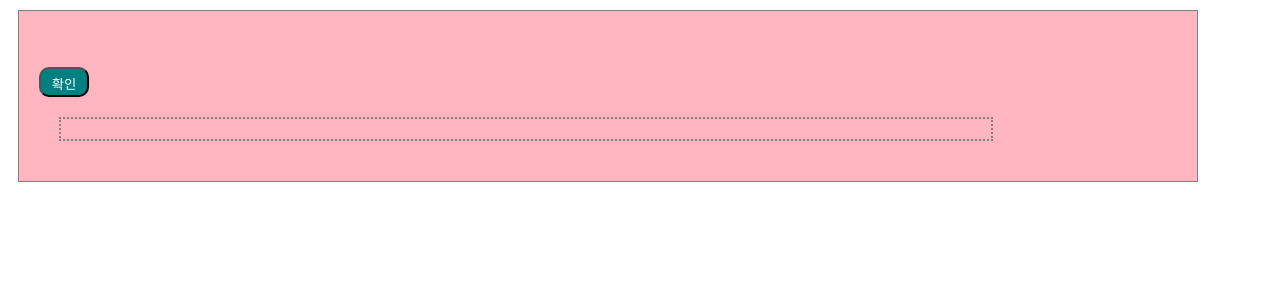
Repository: jeje0130/html
Page: webpro/WebContent/0114/input함수.html
The author's editor kept a copy of each file at every save. The page is drawn from the files as they stood at one save, then again after the next save.
The browser window is 1280 px wide. The pictures show the whole page.

Above is the page before, as saved 2021-01-14 02:36:21.

### webpro/WebContent/0114/input함수.html
<!DOCTYPE html>
<html>
<head>
<meta charset="UTF-8">
<title>Insert title here</title>
<link rel = "stylesheet" href = "../css/public.css">
<script>
</script>
<style>
</style>
</head>
<body>

<div class="box">

 <br><br>

<input type="button" value="확인" onclick="proc1()">

<div id="result1"></div>
</div>
</body>
</html>

### webpro/WebContent/css/public.css
@charset "utf-8";

pre {
	background-color : #FFE3EE;
	font-size : 1.2em;
	white-space: pre-wrap; /* 우측 여백 고정, 넘치는 글자 줄바꿈 */

	/*
	pre : 공백은 그대로, 줄바꿈 X
	pre-wrap : 공백은 그대로, 줄바꿈 O
	pre-line : 공백을 여러개줘도 하나만 표시, 줄바꿈 O
	nowrap : 공백을 여러개줘도 하나만 표시, 줄바꿈 X
	 */
}

div.box{
	width : 90%;
	height: auto;
	margin: 10px;
	padding: 20px;
	border: 1px solid gray;
	background: #FFB6C1;
}

.box input[type = button]{
	width: 50px;
	height: 30px;
	background: #008080;
	color : white;
	padding: 5px 10px;
	border-radius : 10px;
}

.box div{
	width : 80%;
	height: auto;
	padding: 10px;
	border: 2px dotted gray;
	margin: 20px;
}

After the next save:
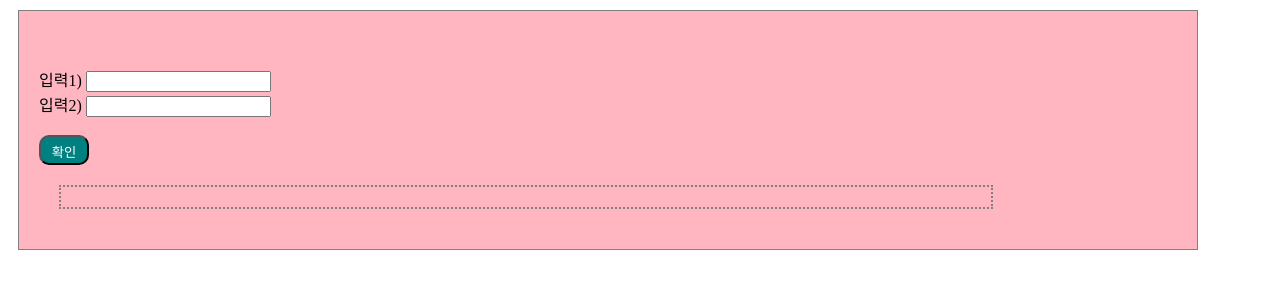
Saved 89 s later.
--- a/webpro/WebContent/0114/input함수.html
+++ b/webpro/WebContent/0114/input함수.html
@@ -14,7 +14,9 @@
 <div class="box">
 
  <br><br>
-
+입력1) <input type="text" id="x"><br>
+입력2) <input type="text" id="y"><br>
+<br>
 <input type="button" value="확인" onclick="proc1()">
 
 <div id="result1"></div>
